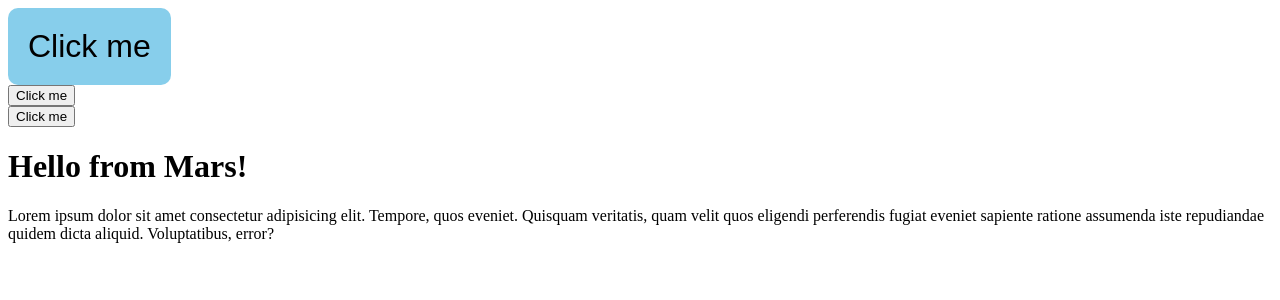
Repository: imokha01/DOM
Page: index.html
An editor plug-in stored every save of this project. The page is shown before and after the next save, followed by the edit.
The browser window is 1280 px wide. The pictures show the whole page.

Above is the page before, as saved 2023-12-18 12:05:48.

After the next save:
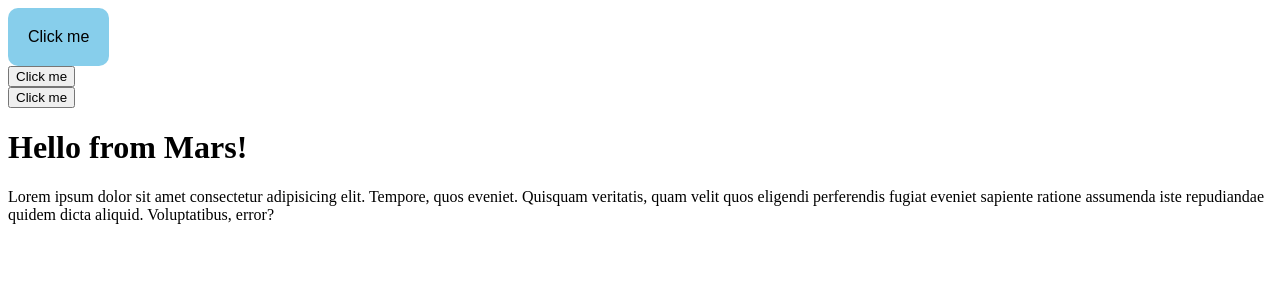
Saved 10 s later.
--- a/index.js
+++ b/index.js
@@ -5,7 +5,7 @@ button.style.backgroundColor = "skyblue"
 button.style.padding = "20px";
 button.style.border = "none";
 button.style.borderRadius = "10px";
-button.style.fontSize  = "2em"
+button.style.fontSize  = "1em";
 
 const body = document.querySelector("body")
 body.style.backgroundColor = "e"
